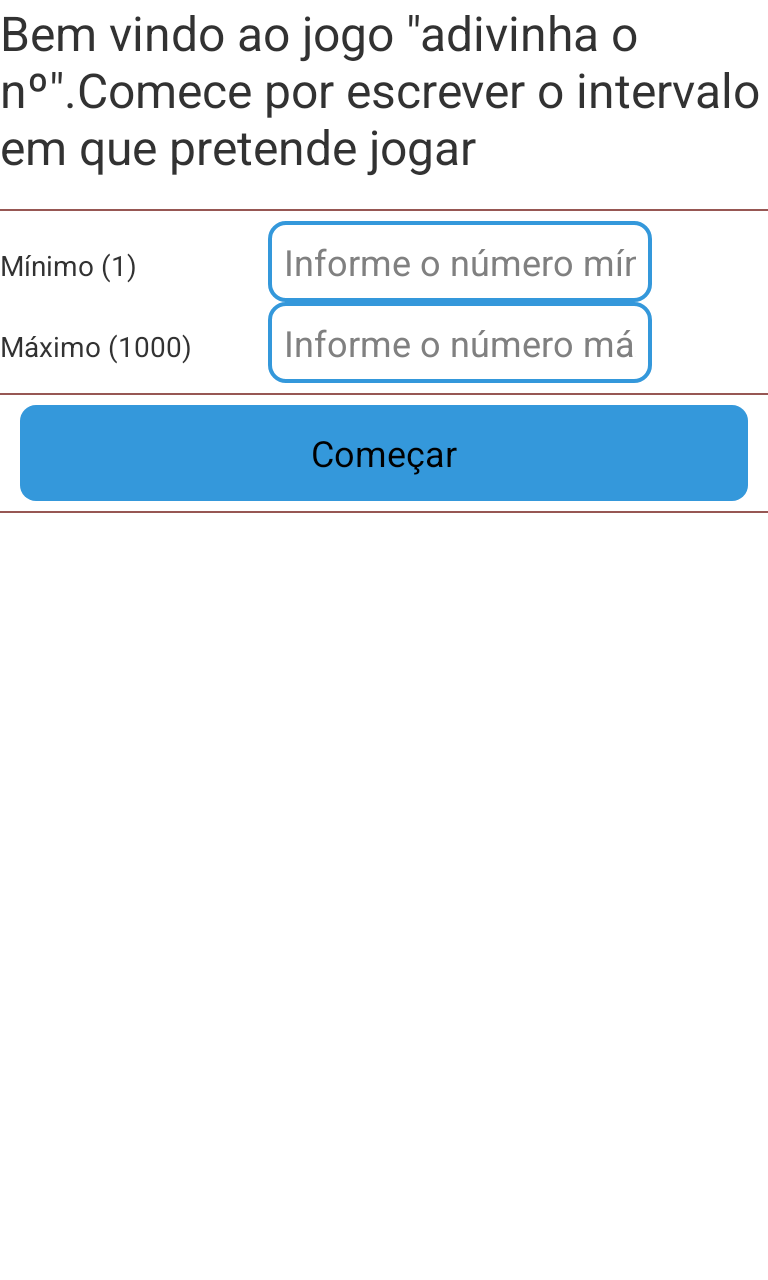
Repository: gokugohan/ddm
Layout: JogoDeAdivinha/res/layout/activity_inicial.xml
These files come from the project's save history. The layout is drawn as it stood at one moment and after the next save; the edit follows.
It is drawn on a 768 x 1280 px phone screen (xhdpi) without system bars, with theme AppTheme; the app's code is not run.

Above is the layout before, as saved 2014-11-10 11:36:13.

After the next save:
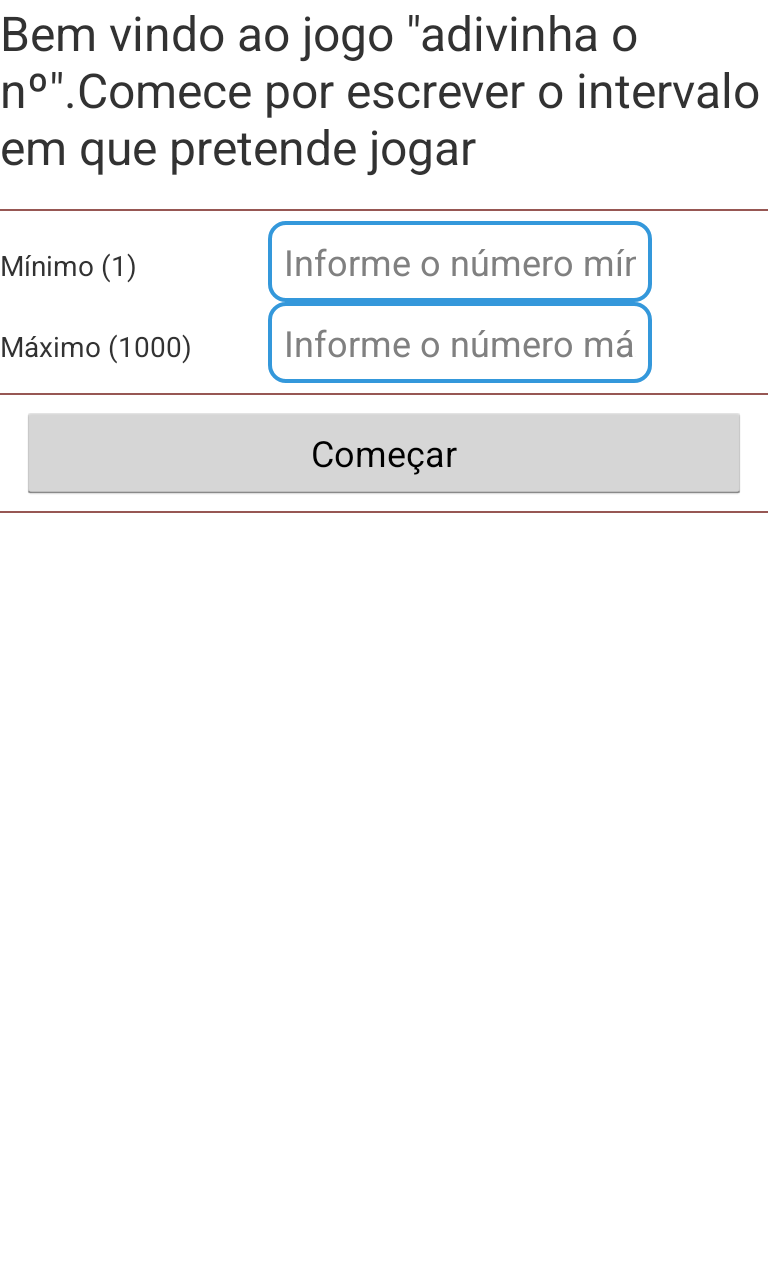
Saved 76 s later.
--- a/JogoDeAdivinha/res/layout/activity_inicial.xml
+++ b/JogoDeAdivinha/res/layout/activity_inicial.xml
@@ -77,7 +77,7 @@
        android:layout_marginLeft="10dp"
        android:layout_marginRight="10dp"
        android:text="@string/str_comecar"
-       android:background="@drawable/custom_button"/>
+       />
 
    <View android:layout_width="match_parent"
        android:layout_marginTop="5dp"
